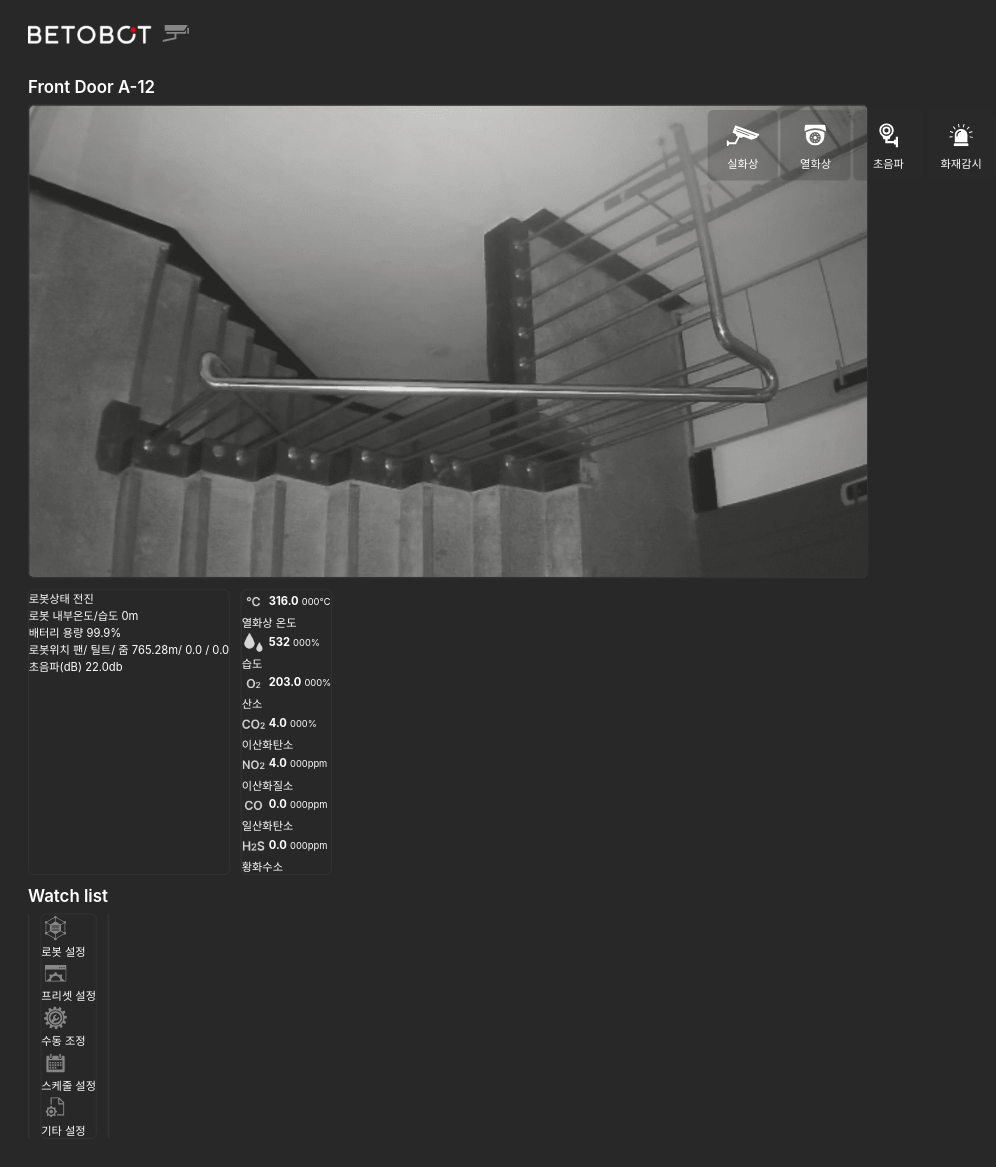
Repository: jang0ha/betobot
Page: content/main/main.html
An editor plug-in stored every save of this project. The page is shown before and after the next save, followed by the edit.
The browser window is 1280 px wide. The page is 1423 px wide, then 1280 px, so the pictures cover 1423 px, including what lies to the right of the window. The pictures show the whole page, at 70% of full size.
Some web fonts or font styles are not loaded; a fallback is used. The style sheet was rebuilt from its Sass, Less or Tailwind sources for each picture, by a compiler version that may differ from the author's.

Above is the page before, as saved 2022-07-12 17:32:18.

### content/main/main.html
<!DOCTYPE html>
<html lang="en">

<head>
    <meta charset="UTF-8">
    <meta http-equiv="X-UA-Compatible" content="IE=edge">
    <meta name="viewport" content="width=device-width, initial-scale=1.0">
    <meta name="viewport" content="width=device-width, user-scalable=no, initial-scale=1.0">
    <meta name="format-detection" content="telephone=no">
    <title>BETOBOT</title>

    <!-- 스타일 css -->
    <link rel="stylesheet" href="/resources/css/style.css">



    <!-- 제이쿼리 js -->
    <script src="/resources/js/jquery/jquery.min.js"></script>
    <script src="/resources/lib/jquery-ui/jquery-ui.min.js"></script>

    <!-- gsap -->
    <script src="/resources/lib/gsap/gsap.min.js"></script>
</head>
<body id="main">
    <div id="wrap">
        <!-- 헤더 -->
        <div id="header-block">
            <header>
                <div class="container">
                    <div class="header-wrap">
                        <a href="/content/main/main.html" class="logo-wrap">
                            <img src="../../resources/images/icon-logo.png" alt="BETOBOT 로고 이미지" class="logo">
                            <img src="../../resources/images/icon-camera.svg" alt="로고 카메라 이미지" class="logo-camera">
                        </a>
                    </div>
                </div>
            </header>
        </div>

        <!-- 컨텐츠 -->
        <div id="content-block">
            <main id="content" role="main">
                <div class="container">
                    <div class="row-wrap">
                        <div class="left-container">
                            <div class="title">Front Door A-12</div>
                            <div class="row-wrap">
                                <div class="front-list-wrap card" style="background-image:url('../../resources/images/@sample-front-img.png')">
                                    <ul>
                                        <li>
                                            <a href="javascript:'';"  class="active">
                                                <i class="icon-front-camera"></i>
                                                <p>실화상</p>
                                            </a>
                                        </li>
                                        <li>
                                            <a href="javascript:'';" >
                                                <i class="icon-front-temper"></i>
                                                <p>열화상</p>
                                            </a>
                                        </li>
                                        <li>
                                            <a href="javascript:'';">
                                                <i class="icon-front-wave"></i>
                                                <p>초음파</p>
                                            </a>
                                        </li>
                                        <li>
                                            <a href="javascript:'';">
                                                <i class="icon-front-fire"></i>
                                                <p>화재감시</p>
                                            </a>
                                        </li>
                                    </ul>
                                </div>

                                <div class="robot-information-wrap card">
                                    <div class="front-btn-wrap">
                                        <ul>
                                            <li>
                                                <span class="index">로봇상태</span>
                                                <span class="index-information">전진</span>
                                            </li>
                                            <li>
                                                <span class="index">로봇 내부온도/습도</span>
                                                <span class="index-information">0m</span>
                                            </li>
                                            <li>
                                                <span class="index">배터리 용량</span>
                                                <span class="index-information">99.9%</span>
                                            </li>
                                            <li>
                                                <span class="index">로봇위치 팬/ 틸트/ 줌</span>
                                                <span class="index-information">765.28m/ 0.0 / 0.0</span>
                                            </li>
                                            <li>
                                                <span class="index">초음파(dB)</span>
                                                <span class="index-information">22.0db</span>
                                            </li>
                                        </ul>
                                    </div>
                                </div>

                                <div class="sensor-information-wrap card">
                                    <ul>
                                        <li>
                                            <i class="icon-info-temper"></i>
                                            <strong>316.0</strong>
                                            <small>000℃</small>
                                            <p class="name">열화상 온도</p>
                                        </li>
                                        <li>
                                            <i class="icon-info-humidity"></i>
                                            <strong>532</strong>
                                            <small>000%</small>
                                            <p class="name">습도</p>
                                        </li>
                                        <li>
                                            <i class="icon-info-o2"></i>
                                            <strong>203.0</strong>
                                            <small>000%</small>
                                            <p class="name">산소</p>
                                        </li>
                                        <li>
                                            <i class="icon-info-co2"></i>
                                            <strong>4.0</strong>
                                            <small>000%</small>
                                            <p class="name">이산화탄소</p>
                                        </li>
                                        <li>
                                            <i class="icon-info-no2"></i>
                                            <strong>4.0</strong>
                                            <small>000ppm</small>
                                            <p class="name">이산화질소</p>
                                        </li>
                                        <li>
                                            <i class="icon-info-co"></i>
                                            <strong>0.0</strong>
                                            <small>000ppm</small>
                                            <p class="name">일산화탄소</p>
                                        </li>
                                        <li>
                                            <i class="icon-info-h2s"></i>
                                            <strong>0.0</strong>
                                            <small>000ppm</small>
                                            <p class="name">황화수소</p>
                                        </li>
                                    </ul>
                                </div>
                            </div>
                        </div>
                        <div class="right-contianer">
                            <div class="title">Watch list</div>
                            <div class="row-wrap">
                                <div class="watch-list-wrap card"></div>
                                <div class="watch-list-btn-wrap card">
                                    <ul>
                                        <li>
                                            <a href="">
                                                <i class="icon-menu-robot"></i>
                                                <p>로봇 설정</p>
                                            </a>
                                        </li>
                                        <li>
                                            <a href="">
                                                <i class="icon-menu-preset"></i>
                                                <p>프리셋 설정</p>
                                            </a>
                                        </li>
                                        <li>
                                            <a href="">
                                                <i class="icon-menu-handwork"></i>
                                                <p>수동 조정</p>
                                            </a>
                                        </li>
                                        <li>
                                            <a href="">
                                                <i class="icon-menu-schedule"></i>
                                                <p>스케줄 설정</p>
                                            </a>
                                        </li>
                                        <li>
                                            <a href="">
                                                <i class="icon-menu-etc"></i>
                                                <p>기타 설정</p>
                                            </a>
                                        </li>
                                    </ul>
                                </div>
                                <div class="watch-map card">

                                </div>
                            </div>
                        </div>
                    </div>
                </div>
            </main>
        </div>


        <!-- 푸터 -->
        <!-- <div id="footer-block">
            <footer>
            </footer>
        </div> -->
    </div>

    <!-- ui.js  -->
    <!-- <script src="/resources/js/ui.js"></script> -->

    <script>

    </script>
</body>

</html>

### resources/scss/style.scss
@import url('https://cdn.jsdelivr.net/gh/orioncactus/pretendard/dist/web/static/pretendard-dynamic-subset.css');

* {
    padding: 0;
    margin: 0;
}

html,body{
    margin:0;padding:0; width:100%; height:100%;
    font-family: 'Pretendard', -apple-system, BlinkMacSystemFont, system-ui, Roboto, 'Helvetica Neue', 'Segoe UI', 'Apple SD Gothic Neo', 'Noto Sans KR', 'Malgun Gothic', sans-serif;
    background:#282828;
    color:#fff;

    scrollbar-face-color: transparent;
	scrollbar-track-color: transparent;
	scrollbar-arrow-color: #fff;
	scrollbar-3dlight-color: none;
	scrollbar-shadow-color: #fff;
	scrollbar-darkshadow-color: none;
    scrollbar-color: #fff transparent;
    scrollbar-width: auto;
}
::-webkit-scrollbar{
	width: 8px;
	height: 8px;
	background-color: transparent;
}
::-webkit-scrollbar-track{
	border-radius: 0;
	background-color: transparent;
}
::-webkit-scrollbar-thumb{
	border-radius: 8px;
	background-color: #fff;
}
::-webkit-scrollbar-button {
    width: 0;
    height: 0;
}

ul,ol{
    list-style: none;
}
a{text-decoration: none; display: block; color:#fff;}

.container{
    width: calc(100% - 80px);
    padding:0 40px;
}


// 이미지
[class^=icon-]{display: inline-block;vertical-align: middle;background-repeat: no-repeat;background-position: 50% 50%; background-size: contain;}
[class^=icon-front-]{width:50px; height:50px;}
[class^=icon-info-]{width:34px; height:34px;}
[class^=icon-menu-]{width:40px; height:40px;}

.icon-front-camera{background-image: url('../images/icon-front-camera.svg');}
.icon-front-temper{background-image: url('../images/icon-front-temper.svg');}
.icon-front-wave{background-image: url('../images/icon-front-wave.svg');}
.icon-front-fire{background-image: url('../images/icon-front-fire.svg');}

.icon-info-temper{background-image: url('../images/icon-info-temper.png');}
.icon-info-humidity{background-image: url('../images/icon-info-humidity.png');}
.icon-info-o2{background-image: url('../images/icon-info-o2.png');}
.icon-info-co2{background-image: url('../images/icon-info-co2.png');}
.icon-info-no2{background-image: url('../images/icon-info-no2.png');}
.icon-info-co{background-image: url('../images/icon-info-co.png');}
.icon-info-h2s{background-image: url('../images/icon-info-h2s.png');}

.icon-menu-robot{background-image: url('../images/icon-menu-robot.svg');}
.icon-menu-preset{background-image: url('../images/icon-menu-preset.svg');}
.icon-menu-handwork{background-image: url('../images/icon-menu-handwork.svg');}
.icon-menu-schedule{background-image: url('../images/icon-menu-schedule.svg');}
.icon-menu-etc{background-image: url('../images/icon-menu-etc.svg');}


// 헤더
#header-block{
    padding:35px 0 5px 0;
    .logo-wrap{
        display: flex;
        align-items: flex-start;
        .logo{
            width: 176px;
            margin-right: 16px;
        }
    }
}

// 컨텐트
#content{
    padding:40px 0;
}

// 공통 시작
.row-wrap{
    display: flex;
    gap: 16px;
    flex-wrap: wrap;
}

.card{
    border-radius: 8px;
    border: solid 1px #393939;
}

.title{
    font-size: 24px;
    font-weight: 600;
    margin-bottom: 10px;
}

// 공통 끝

.left-container{
    flex:0 0 1200px;
}
.right-container{
    flex:0 0 auto;
}
.front-list-wrap{
    position: relative;
    width: 100%;
    height: 675px;
    ul{
        position: absolute;
        display: flex;
        gap: 4px;
        right: 7px;
        top: 7px;
        li{
            flex:0 0 100px;
            a{
                display: flex;
                flex-direction: column;
                align-items: center;
                justify-content: center;
                padding:10px 0 13px 0;
                background-color: #2e2e2e40;
                border-radius: 8px;
                p{
                    margin-top: 4px;
                }
            }
        }
    }
}

Loaded but not shown: resources/js/jquery/jquery.min.js (library); resources/lib/jquery-ui/jquery-ui.min.js (library); resources/lib/gsap/gsap.min.js (library)

After the next save:
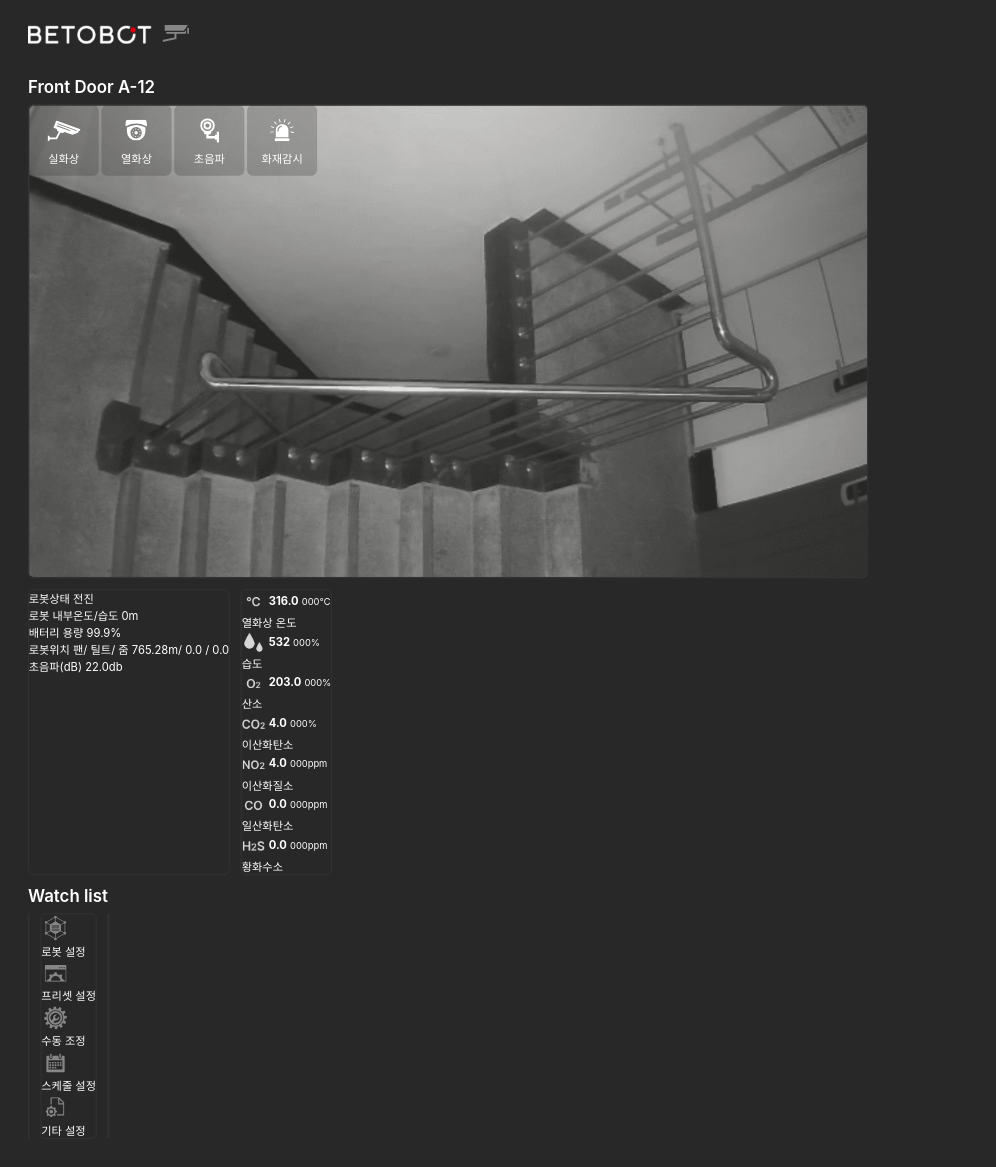
Saved 10 s later.
--- a/resources/scss/style.scss
+++ b/resources/scss/style.scss
@@ -123,12 +123,16 @@
     position: relative;
     width: 100%;
     height: 675px;
+    .pront-btn-wrap{
+        position: absolute;
+        right: 7px;
+        top: 7px;
+    }
     ul{
-        position: absolute;
+
         display: flex;
         gap: 4px;
-        right: 7px;
-        top: 7px;
+
         li{
             flex:0 0 100px;
             a{
